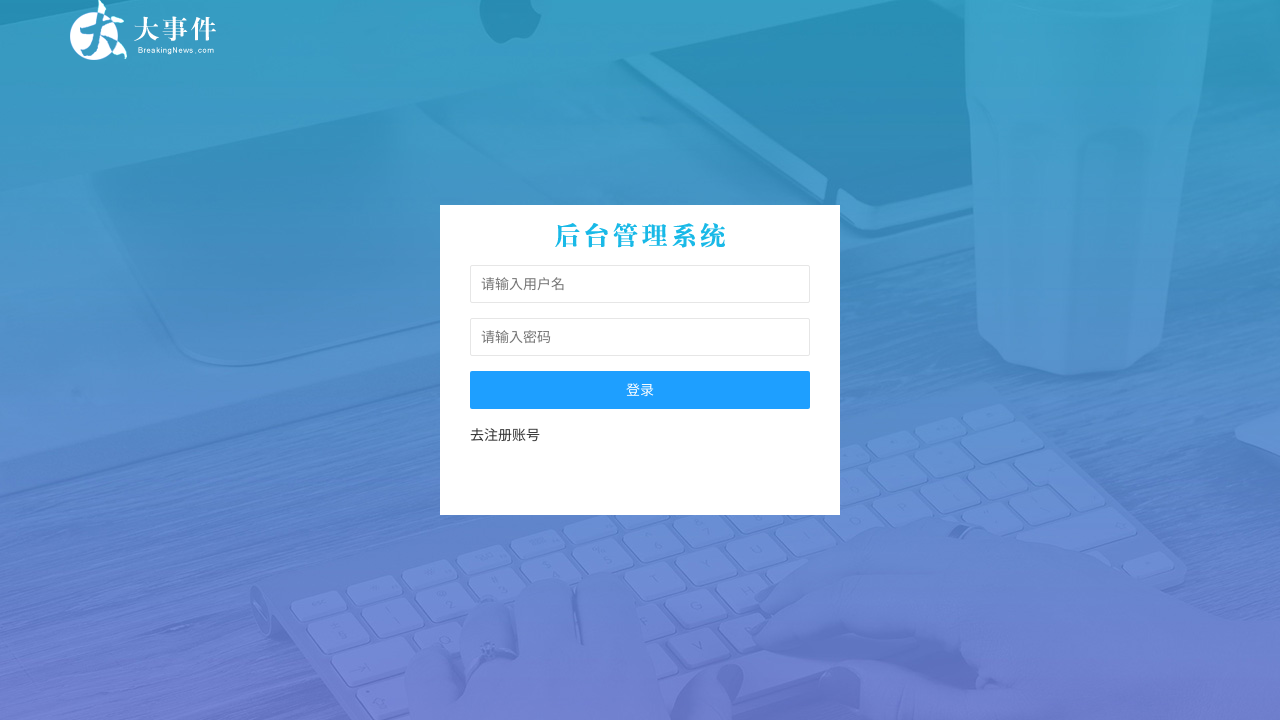
Repository: keyboying1/web_bigevent
Page: login.html
The author's editor kept a copy of each file at every save. The page is drawn from the files as they stood at one save, then again after the next save.
The browser window is 1280 px wide. The pictures show the whole page.

Above is the page before, as saved 2022-11-18 15:42:47.

After the next save:
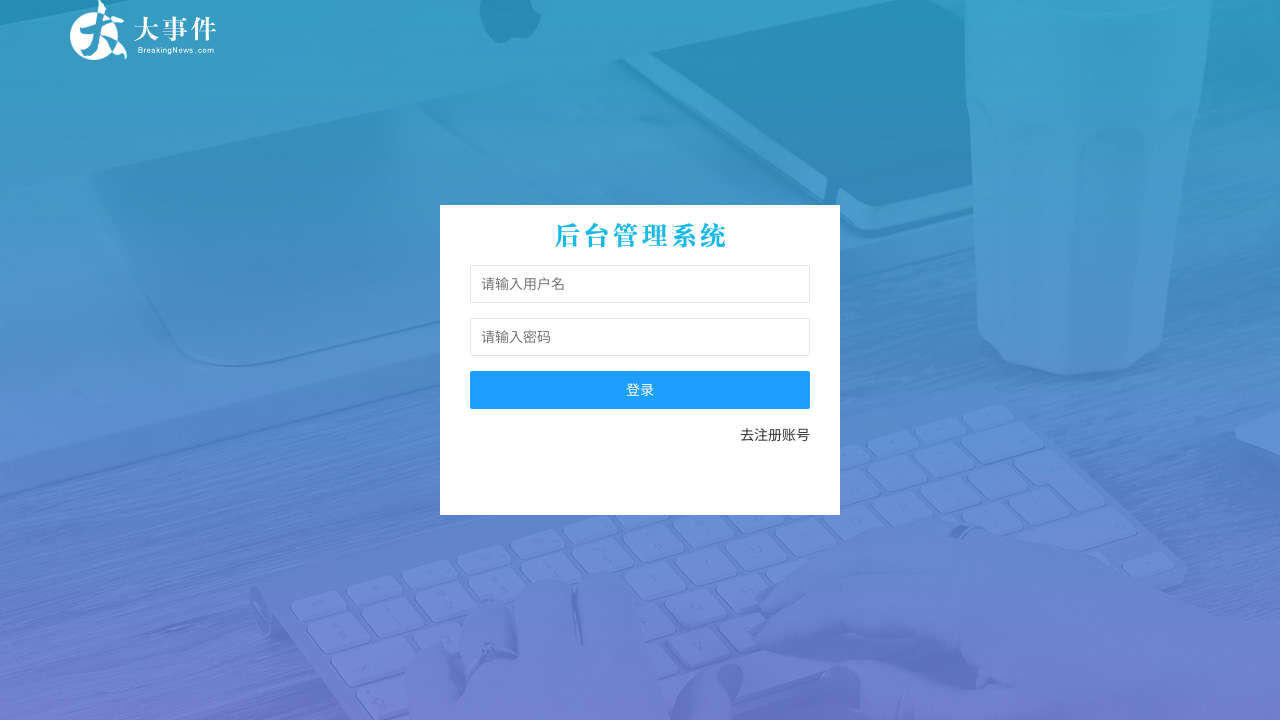
Saved 1 s later.
--- a/login.html
+++ b/login.html
@@ -36,7 +36,7 @@
                     <button class="layui-btn layui-btn-fluid layui-btn-normal" lay-submit >登录</button>
 
                 </div>
-                <div class="layui-form-item">
+                <div class="layui-form-item links">
                     <a href="javascript:;" id="link_reg">去注册账号</a>
                 </div>
             </form>
